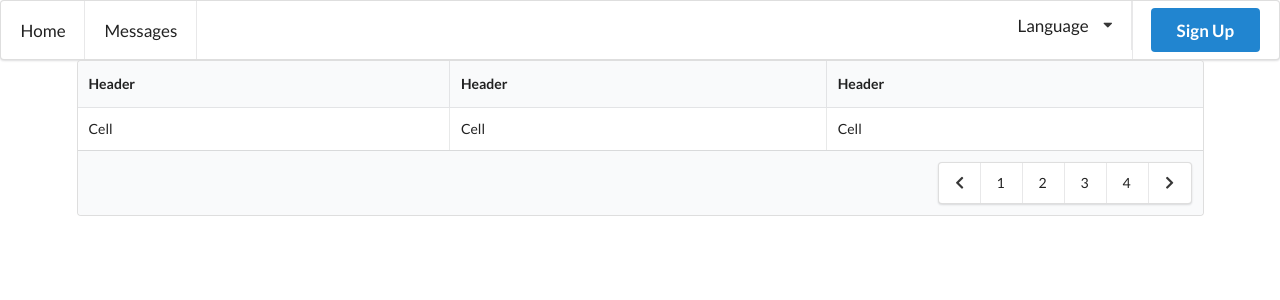
Repository: rizacantire/libraryReact
Page: /
The author's editor kept a copy of each file at every save. The page is drawn from the files as they stood at one save, then again after the next save.
The browser window is 1280 px wide. The pictures show the whole page.
The project was rebuilt for these pictures with package versions that can differ from the ones it lists, and the page was loaded fresh each time.

Above is the page before, as saved 2021-08-09 01:18:39.

After the next save:
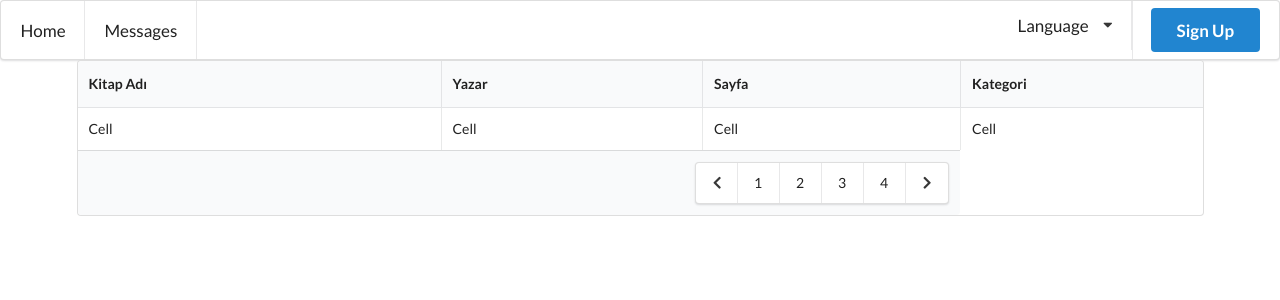
Saved 54 s later.
--- a/src/pages/BookList.jsx
+++ b/src/pages/BookList.jsx
@@ -8,15 +8,17 @@ export default function BookList() {
       <Table celled>
         <Table.Header>
           <Table.Row>
-            <Table.HeaderCell>Header</Table.HeaderCell>
-            <Table.HeaderCell>Header</Table.HeaderCell>
-            <Table.HeaderCell>Header</Table.HeaderCell>
+            <Table.HeaderCell>Kitap Adı</Table.HeaderCell>
+            <Table.HeaderCell>Yazar</Table.HeaderCell>
+            <Table.HeaderCell>Sayfa</Table.HeaderCell>
+            <Table.HeaderCell>Kategori</Table.HeaderCell>
           </Table.Row>
         </Table.Header>
 
         <Table.Body>
 
           <Table.Row>
+            <Table.Cell>Cell</Table.Cell>
             <Table.Cell>Cell</Table.Cell>
             <Table.Cell>Cell</Table.Cell>
             <Table.Cell>Cell</Table.Cell>
